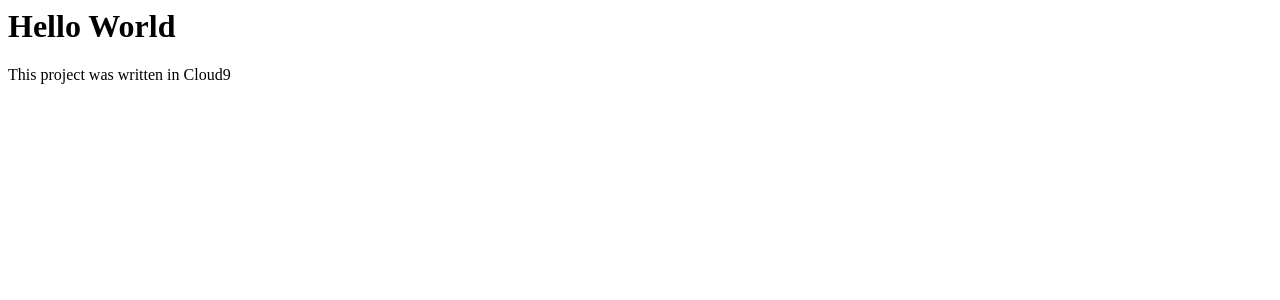
Repository: Leannald13/the-new-website
Page: Stream One.html
The author's editor kept a record of every edit. The page is drawn from the files as they stood at one moment, then again after the next edit.
The browser window is 1280 px wide. The pictures show the whole page.

Above is the page before.

After the next edit:
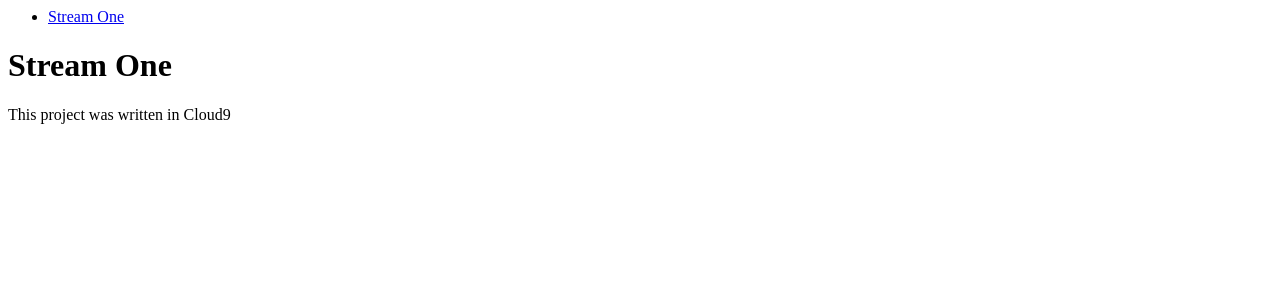
The edit:
--- a/Stream One.html
+++ b/Stream One.html
@@ -3,7 +3,12 @@
         <title>Hello World</title>
          </head>
          <body>
-             <h1>Hello World</h1>
+             <nav>
+                 <ul>
+                    <li><a href="Stream One.html">Stream One</a></li>
+                 </ul>
+             </nav>
+             <h1>Stream One</h1>
              <p>This project was written in Cloud9</p>
          </body>
 </html>
